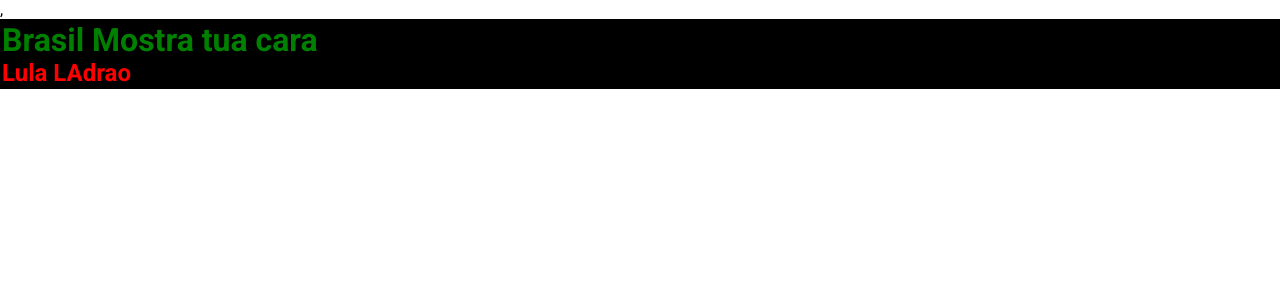
Repository: lcluizrj/meu-projeto-vscode
Page: / (app in cadastro-usuarios-devclub/)
The author's editor kept a copy of each file at every save. The page is drawn from the files as they stood at one save, then again after the next save.
The browser window is 1280 px wide. The pictures show the whole page.
The project was rebuilt for these pictures with package versions that can differ from the ones it lists, and the page was loaded fresh each time. Also part of the build but not shown: cadastro-usuarios-devclub/vite.config.js.

Above is the page before, as saved 2026-08-12 18:59:13.

After the next save:
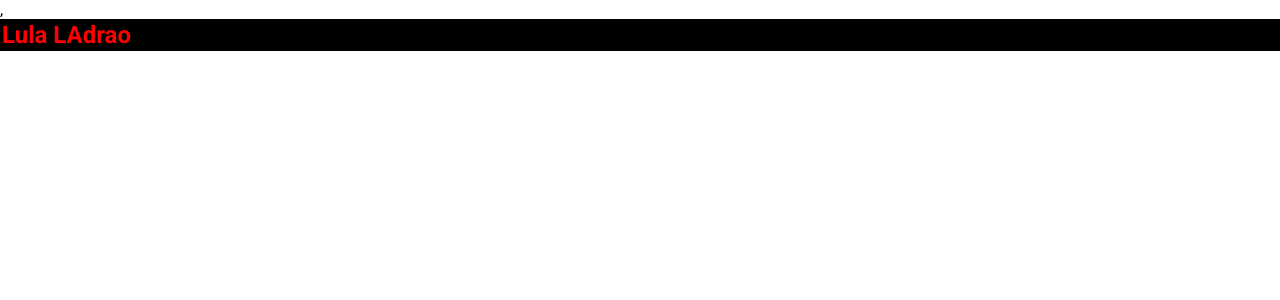
Saved 34 s later.
--- a/cadastro-usuarios-devclub/src/App.jsx
+++ b/cadastro-usuarios-devclub/src/App.jsx
@@ -4,7 +4,7 @@
 
 return (
   <Container>
-    <h1>Brasil Mostra tua cara</h1>
+
     <Title> Lula LAdrao </Title>
   </Container>
 )
